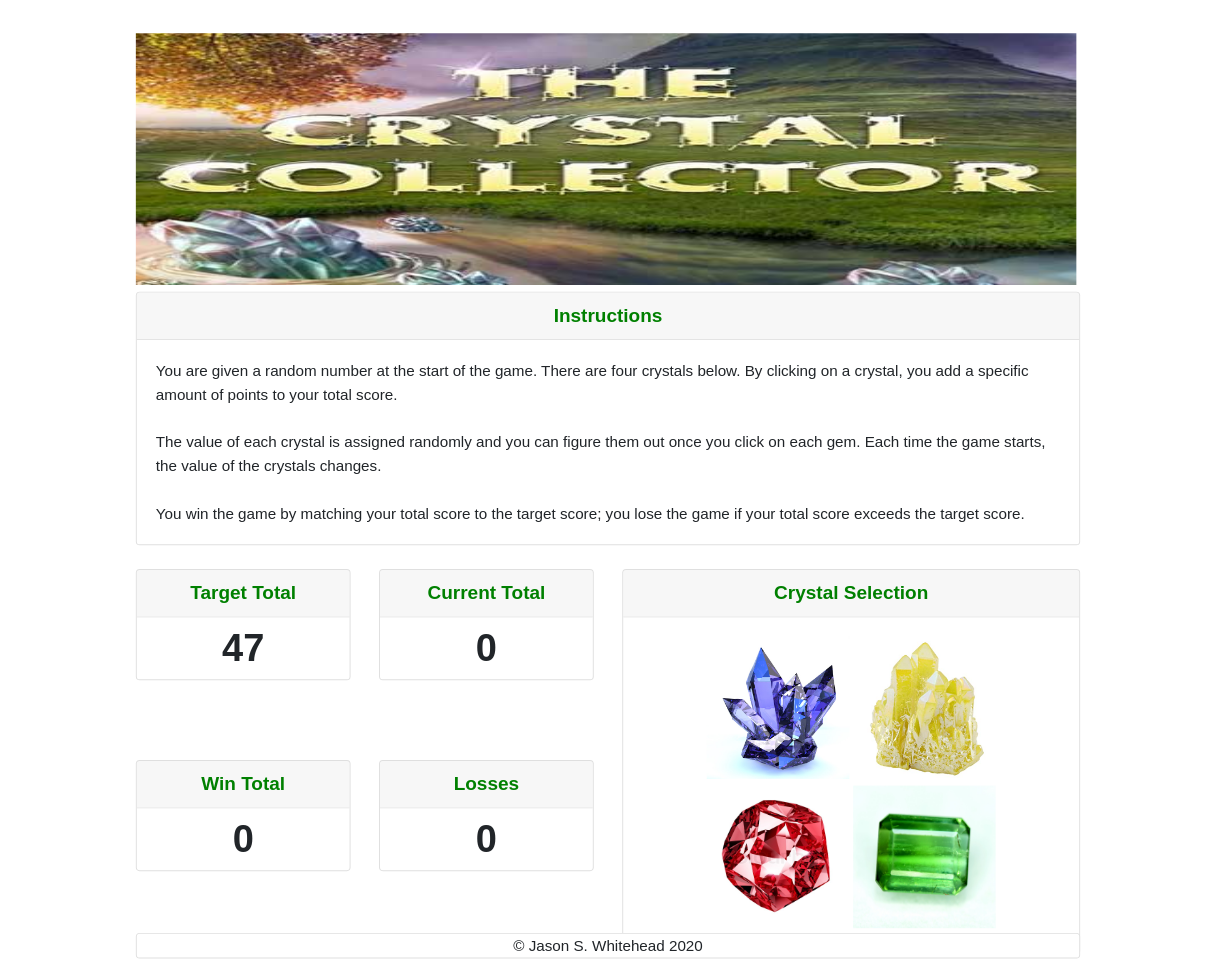
Repository: jaswhitehead/Crystal-Collector-Game
Page: index.html
An editor plug-in stored every save of this project. The page is shown before and after the next save, followed by the edit.
The browser window is 1280 px wide. The pictures show the whole page, at 95% of full size.
Some web libraries are served in a nearby version.

Above is the page before, as saved 2020-04-30 11:10:32.
Console error: TypeError: Cannot read properties of undefined (reading 'value')

### index.html
<!DOCTYPE html>
<html lang="en-us">

<head>
    <meta name="viewport" content="width=device-width, initial-scale=1.0">
    <title>Crystal Collector Game</title>
    <link rel="stylesheet" href="https://maxcdn.bootstrapcdn.com/bootstrap/4.0.0/css/bootstrap.min.css" integrity="sha384-Gn5384xqQ1aoWXA+058RXPxPg6fy4IWvTNh0E263XmFcJlSAwiGgFAW/dAiS6JXm" crossorigin="anonymous">
    <link rel="stylesheet" type="text/css" href="assets/css/reset.css">
    <link rel="stylesheet" type="text/css" href="assets/css/style.css">
</head>

<body>
    <div class="container">
        <img id="banner" src="assets/images/collectorbanner.jpg" class="crystalcollect" width=800px>
        <div class="card">
            <div class="card-header">
                <h4>Instructions</h4>
            </div>
            <div class="card-body">
                <p>You are given a random number at the start of the game.
                    There are four crystals below. By clicking on a crystal, you add a specific amount of
                    points to your total score. <br><br>
                    The value of each crystal is assigned randomly and you can figure them out once you click on
                    each gem. Each time the game starts, the value of the crystals changes. <br><br>
                    You win the game by matching your total score to the target score; you lose the game if your
                    total score exceeds the target score.<br>
                </p>
            </div>
        </div>
        <br>
        <div class="row">
            <div class="col-sm-3">
                <div class="card">
                    <div class="card-header">
                        <h4>Target Total</h4>
                    </div>
                    <div class="card-body text-center">
                        <h5 id="targetScore"></h5>
                    </div>
                </div>
            </div>
            <br>
            <div class="col-sm-3">
                <div class="card">
                    <div class="card-header">
                        <h4>Current Total</h4>
                    </div>
                    <div class="card-body text-center">
                        <h5 id="yourScore"></h5>
                    </div>
                </div>
            </div>
            <div class="col-sm-6">
                <div class="card">
                    <div class="card-header text-center">
                        <h4>Crystal Selection</h4>
                    </div>
                    <div class="card-body text-center">
                        <img src="assets/images/purple.jpg" alt="purpleCrystal" id="purple">
                        <img src="assets/images/yellow.jpg" alt="yellowCrystal" id="yellow">
                        <img src="assets/images/red.jpg" alt="redCrystal" id="red">
                        <img src="assets/images/green.jpg" alt="greenCrystal" id="green">
                    </div>
                </div>
                <br>
            </div>
        </div>
        <div class="row" id="secondR">
            <div class="col-sm-3">
                <div class="card">
                    <div class="card-header">
                        <h4>Win Total</h4>
                    </div>
                    <div class="card-body text-center">
                        <h5 id="winCount">0</h5>
                    </div>
                </div>
            </div>
            <br>
            <div class="col-sm-3">
                <div class="card">
                    <div class="card-header">
                        <h4>Losses</h4>
                    </div>
                    <div class="card-body text-center">
                        <h5 id="lossCount">0</h5>
                    </div>
                </div>
            </div>
        </div>
        <br>
        <br>
        <div class="card text-center">
            <div class="sticky-footer">
                © Jason S. Whitehead 2020
            </div>
        </div>
    </div>
    <!---jQuery-->
    <script src="https://code.jquery.com/jquery-3.2.1.slim.min.js" integrity="sha384-KJ3o2DKtIkvYIK3UENzmM7KCkRr/rE9/Qpg6aAZGJwFDMVNA/GpGFF93hXpG5KkN" crossorigin="anonymous"></script>
    <!---Game Main logic-->
    <script src="assets/javascript/game.js"></script>

</body>


</html>

### assets/css/style.css

*, ::after, ::before {
    box-sizing: border-box;
}

body {
    font-family: Arial, Helvetica, sans-serif;
    line-height: 25px;
}

.container {
    width: 1024px;
    align-content: center;
}

#banner {
    width: 990px;
    height: 300px;
    align-content: center;
    padding-top: 35px;
}

h4 {
    color:green;
    text-align: center;
    font-weight: bold;
    font-size: 20px;
}

h5 {
    text-align: center;
    font-weight: bold;
    font-size: 40px;
}

img {
    width: 150px;
    height: 150px;
}

#secondR {
    margin-top: -230px;
    margin-bottom: 15px;
}

.card-footer {
    color: rgb(82, 0, 75);
    font-weight: 480;
}

### assets/javascript/game.js
// GLOBAL VARIABLES

// Crystal Variables
var crystal = {
    purple:
    {
        name: "purple",
        value: 0
    },
    yellow:
    {
        name: "yellow",
        value: 0
    },
    red:
    {
        name: "red",
        value: 0
    },
    blue:
    {
        name: "green",
        value: 0
    },
}

//FUNCTIONS

var getRandom = function (min, max) {
    return Math.floor(Math.random() * (max - min + 1)) + min;
};

var startGame = function () {
    // Reset the current score
    currentScore = 0;
    // Set a new target score (19-120)
    targetScore = getRandom(19, 120);
    // Set different values for each of the crystals (1-12)
    crystal.purple.value = getRandom(1, 12);
    crystal.yellow.value = getRandom(1, 12);
    crystal.red.value = getRandom(1, 12);
    crystal.blue.name = getRandom(1, 12);

    // Change the HTML to reflect all of these changes
    $("#yourScore").html(currentScore);
    $("#targetScore").html(targetScore);
    // Console log to test
    console.log("------------------------");
    console.log("Target Score: " + targetScore);
    console.log("Purple: " + crystal.purple.value + " | Yellow: " + crystal.yellow.value + " | Red: " + crystal.yellow.value + " | Red: " + crystal.red.value + " | Green: " + crystal.green.value);
    console.log("------------------------");
};

// Respond to clicks on the crystals
var addValues = function (crystal) {
    // Change current score
    currentScore = currentScore + crystal.value;
    // Change the HTML to reflect changes in current score
    $("#yourScore").html(currentScore);
    // Call checkWin Function
    checkWin();
    // Testing console
    console.log("Your score " + currentScore);
}

// Check if user Won or Lost and reset the game
var checkWin = function () {
    // Check if currentScore is larger than targetScore
    if (currentScore > targetScore) {
        console.log("You lost");
        // Add to loss counter
        lossCount++;
        // Change HTML to reflect changes
        $("#lossCount").html(lossCount);
        // Restart the game
        setTimeout(function () {
            alert("Sorry. You Lost");
            startGame();
        }, 00);
    }
    else if (currentScore == targetScore) {
        alert("Congratulations! You Won!");
        console.log("You won");
        // Add to win counter
        winCount++;
        // Change HTML to reflect changes
        $("#winCount").html(winCount);
        // Restart the game
        setTimeout(function () {
            alert("Sorry. You Lost");
            startGame();
        }, 00);
    }
}
// MAIN PROCESS
//---------------------------------------------------------
startGame();

$("#purple").click(function () {
    addValues(crystal.purple);
});

$("#yellow").click(function () {
    addValues(crystal.yellow);
});

$("#red").click(function () {
    addValues(crystal.red);
});

$("#green").click(function () {
    addValues(crystal.green);
});

// Scores: target and current
var targetScore = 0;
var currentScore = 0;

// Wins and Losses
var winCount = 0;
var lossCount = 0;

Loaded but not shown: assets/css/reset.css (common file)

After the next save:
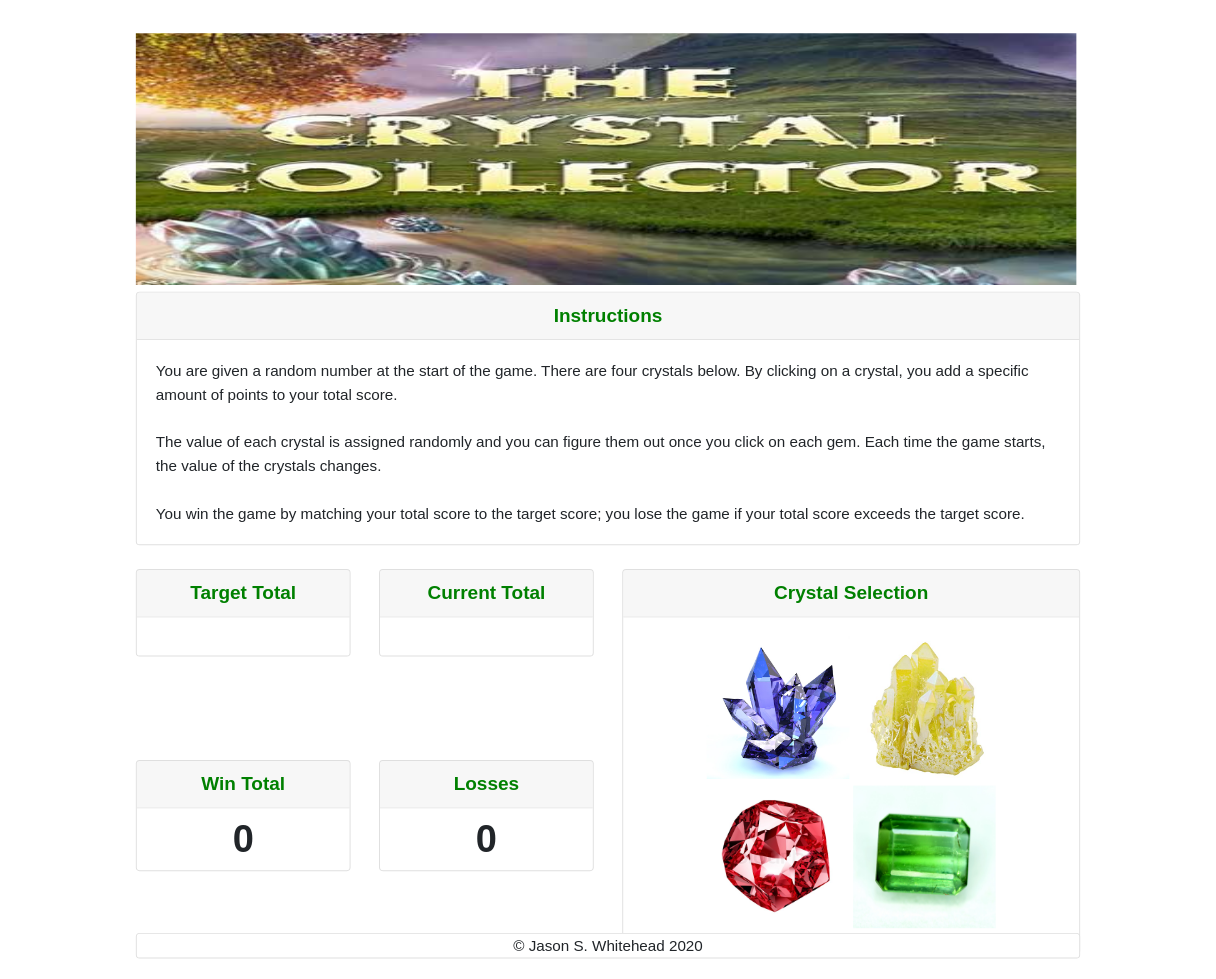
Console error: SyntaxError: Invalid or unexpected token
Saved 55 s later.
--- a/assets/javascript/game.js
+++ b/assets/javascript/game.js
@@ -47,7 +47,7 @@
     // Console log to test
     console.log("------------------------");
     console.log("Target Score: " + targetScore);
-    console.log("Purple: " + crystal.purple.value + " | Yellow: " + crystal.yellow.value + " | Red: " + crystal.yellow.value + " | Red: " + crystal.red.value + " | Green: " + crystal.green.value);
+    console.log("Purple: " + crystal.purple.value + " | Yellow: " + crystal.yellow.value + " | Red: " + crystal.red.value + " | Green: " + crystal.green.value + "
     console.log("------------------------");
 };
 

After the 2 saves that followed:
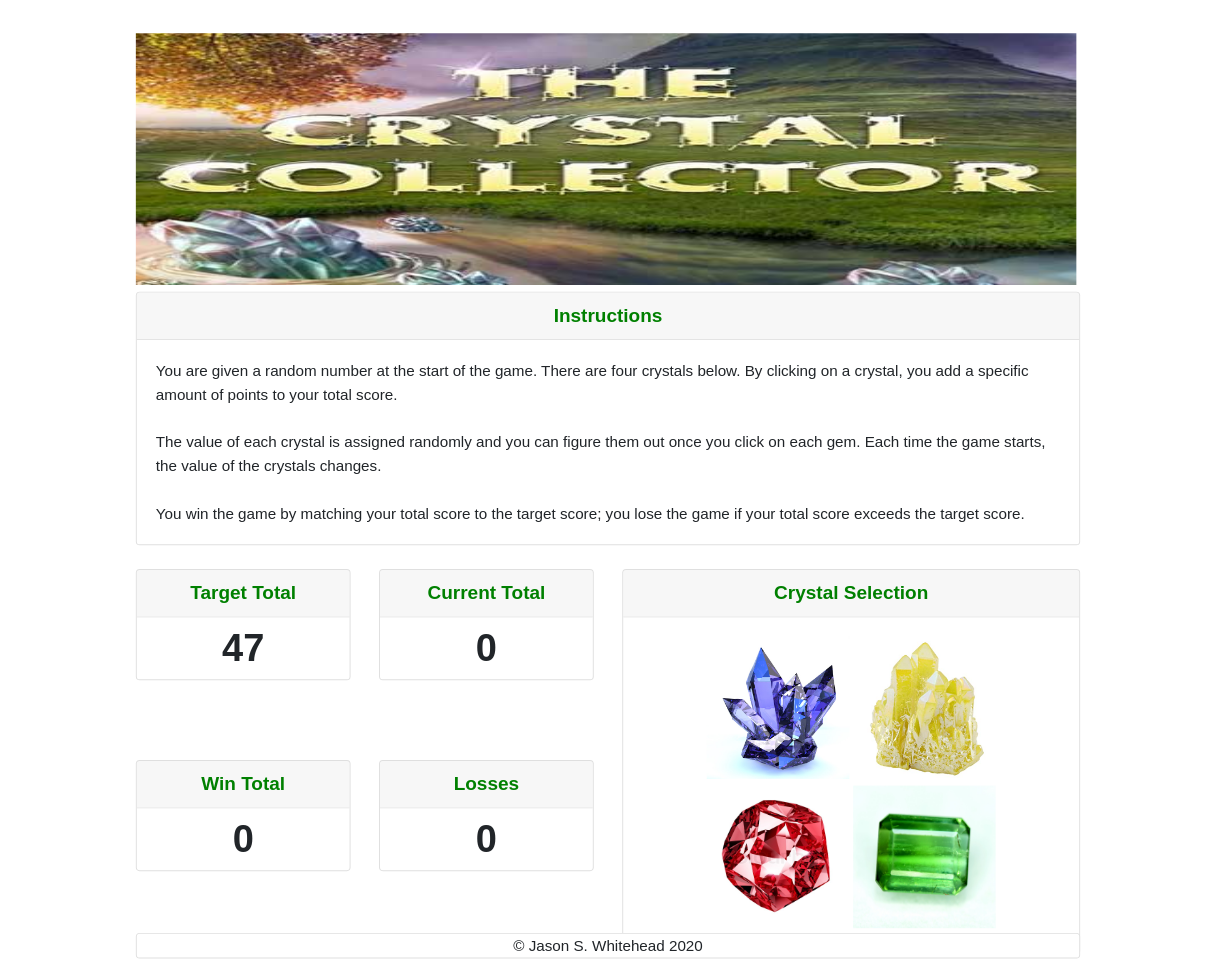
Console error: TypeError: Cannot read properties of undefined (reading 'value')
The 2 saves are shown as one change because 1 left the picture as it was.
The last was saved 51 s later.
--- a/assets/javascript/game.js
+++ b/assets/javascript/game.js
@@ -47,7 +47,7 @@
     // Console log to test
     console.log("------------------------");
     console.log("Target Score: " + targetScore);
-    console.log("Purple: " + crystal.purple.value + " | Yellow: " + crystal.yellow.value + " | Red: " + crystal.red.value + " | Green: " + crystal.green.value + "
+    console.log("Purple: " + crystal.purple.value + " | Yellow: " + crystal.yellow.value + " | Red: " + crystal.red.value + " | Green: " + crystal.green.value);
     console.log("------------------------");
 };
 
